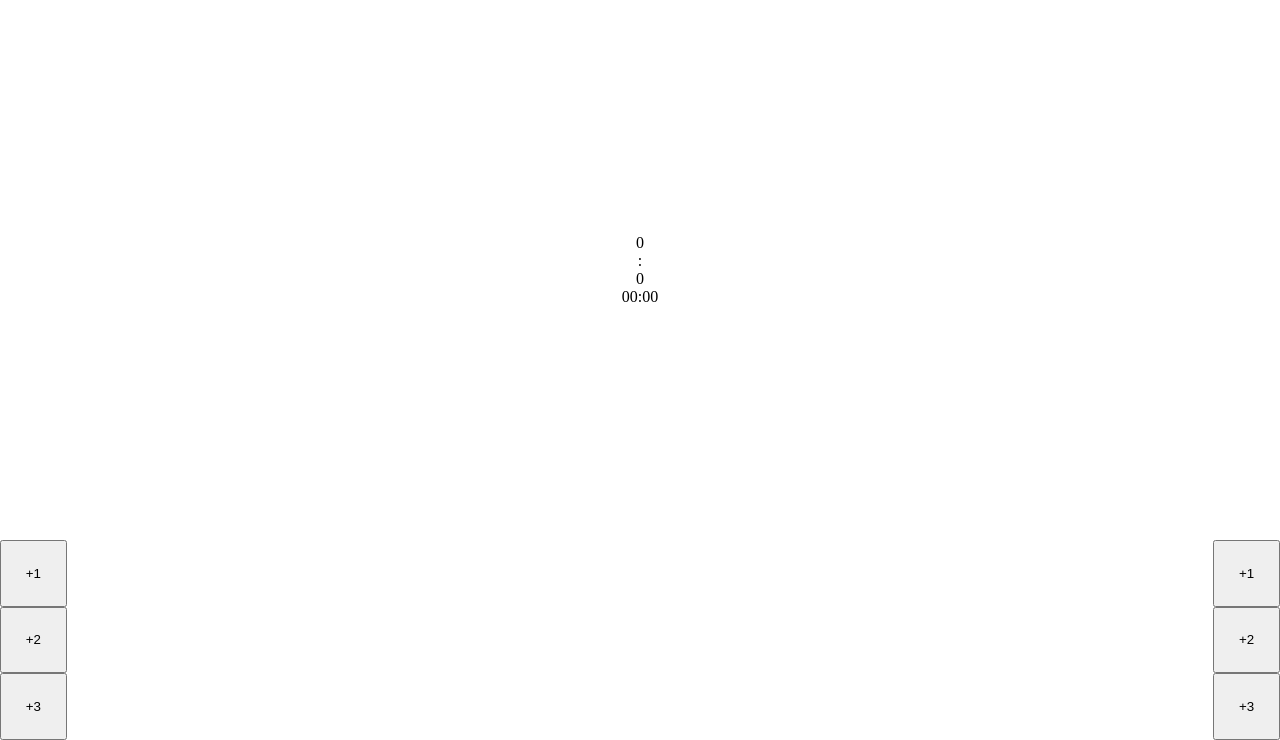
Repository: bollo89/scoreBoard
Page: index.html
An editor plug-in stored every save of this project. The page is shown before and after the next save, followed by the edit.
The browser window is 1280 px wide. The pictures show the whole page.

Above is the page before, as saved 2022-01-25 11:05:33.

### index.html
<!DOCTYPE html>
<html lang="en">
<head>
    <meta charset="UTF-8">
    <meta http-equiv="X-UA-Compatible" content="IE=edge">
    <meta name="viewport" content="width=device-width, initial-scale=1.0">
    <link rel="stylesheet" href="./style.css">
    <title>Document</title>
</head>
<body>
    <section class="tablica">
        <div class="home"></div>
        <div class="colon">:</div>
        <div class="away"></div>
        <div class="timer">00:00</div>
    </section>
    <section class="menu">
        <section class="btnsH">
            <div><button class="btn1h">+1</button></div>
            <div><button class="btn2h">+2</button></div>
            <div><button class="btn3h">+3</button></div>
        </section>
        <section class="btnsA">
            <div></div><button class="btn1a">+1</button></div>
            <div></div><button class="btn2a">+2</button></div>
            <div></div><button class="btn3a">+3</button></div>
        </section>
</section>
<script src="./script.js"></script>
</body>
</html>

### style.css
* {
    margin: 0;
    padding: 0;
}
body {
     height: 75%;
     width: 100%;
}
.tablica {
    height: 75vh;
    display: flex;

    flex-direction: column;
    align-items: center;
    justify-content: center;
}

.menu {
    height: 15%;
    width: 100%;
    display: flex;
    justify-content: space-between;
    font-size: 0;
}
.btnsH {

}
.btnsA {

}
.btnsH div {
    width: 5em;
}
.btnsA div {
    width: 5em;
}
.btn1h , .btn2h , .btn3h , .btn1a , .btn2a , .btn3a{
    height: 5em;
    width: 5em;
}

### script.js
let home = document.querySelector('.home');
let n = 0;
home.innerHTML = n;

let away = document.querySelector('.away');
let m = 0;
away.innerHTML = m;

let btn1h = document.querySelector('.btn1h');
let btn2h = document.querySelector('.btn2h');
let btn3h = document.querySelector('.btn3h');
let btn1a = document.querySelector('.btn1a');
let btn2a = document.querySelector('.btn2a');
let btn3a = document.querySelector('.btn3a');
//punkty po lewej
function score1home() {
    n+=1;
    home.innerHTML = n;
    console.log(n);
}
function score2home() {
    n+=2;
    home.innerHTML = n;
    console.log(n);
}
function score3home() {
    n+=3;
    home.innerHTML = n;
    console.log(n);
}
//punkty po prawej
function score1away() {
    m+=1;
    away.innerHTML = m;
    console.log(m);
}
function score2away() {
    m+=2;
    away.innerHTML = m;
    console.log(m);
}
function score3away() {
    m+=3;
    away.innerHTML = m;
    console.log(m);
}

//przyciskibtn1.addEventListener('click',score1home,false);
btn1h.addEventListener('click',score1home,false);
btn2h.addEventListener('click',score2home,false);
btn3h.addEventListener('click',score3home,false);
btn1a.addEventListener('click',score1away,false);
btn2a.addEventListener('click',score2away,false);
btn3a.addEventListener('click',score3away,false);

After the next save:
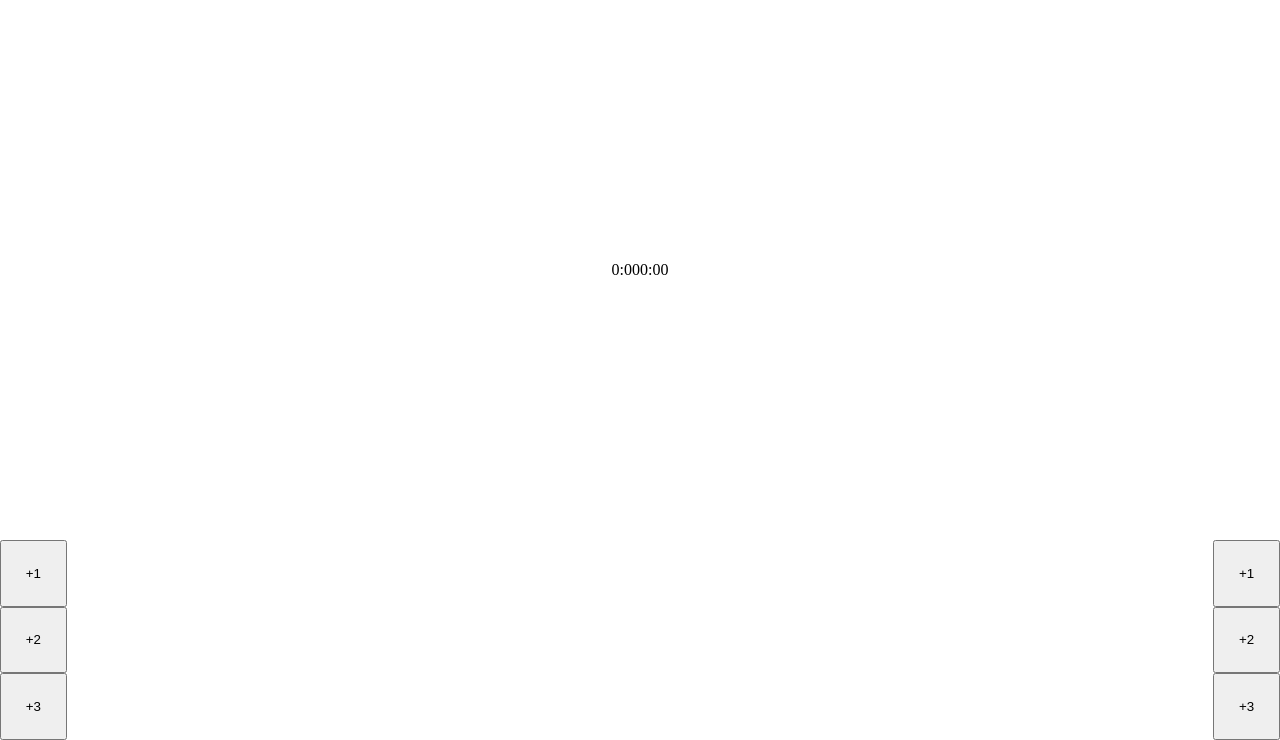
Saved 41 s later.
--- a/style.css
+++ b/style.css
@@ -10,7 +10,7 @@
     height: 75vh;
     display: flex;
 
-    flex-direction: column;
+    flex-wrap: wrap;
     align-items: center;
     justify-content: center;
 }

After the save that followed:
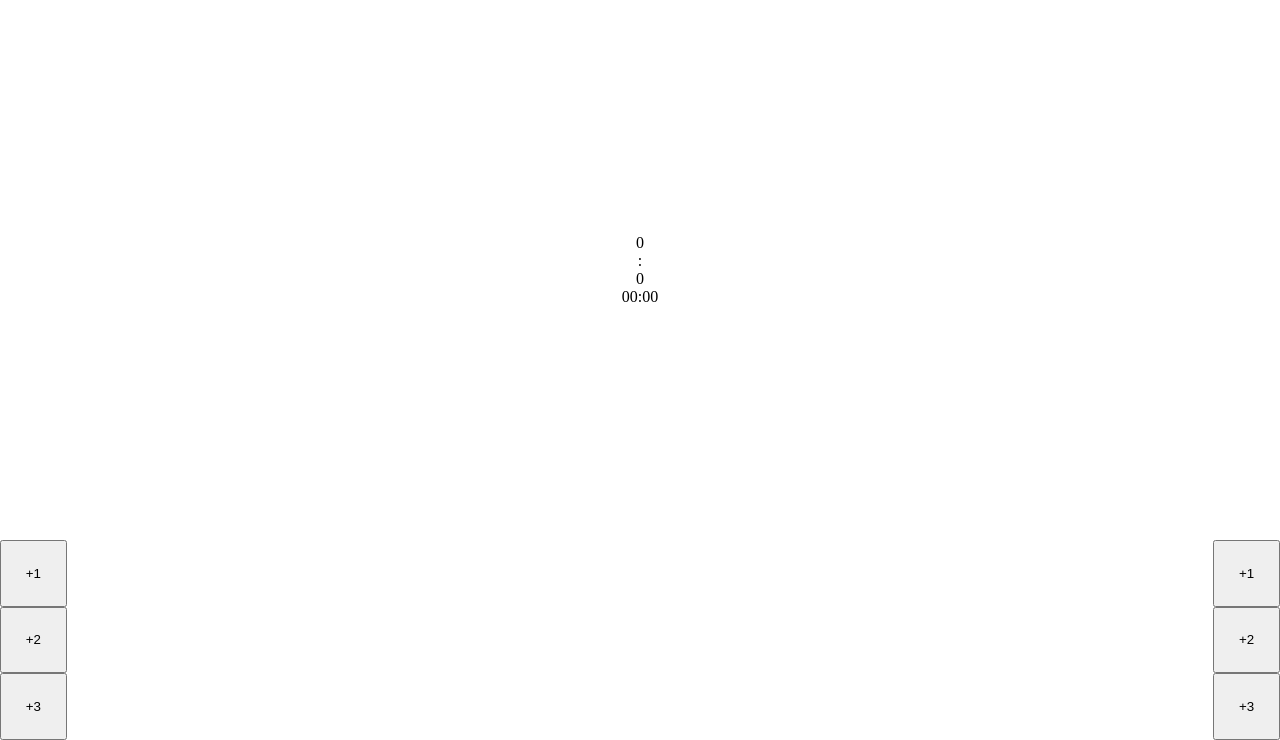
Saved 51 s later.
--- a/style.css
+++ b/style.css
@@ -9,8 +9,7 @@
 .tablica {
     height: 75vh;
     display: flex;
-
-    flex-wrap: wrap;
+    flex-direction: column;
     align-items: center;
     justify-content: center;
 }
